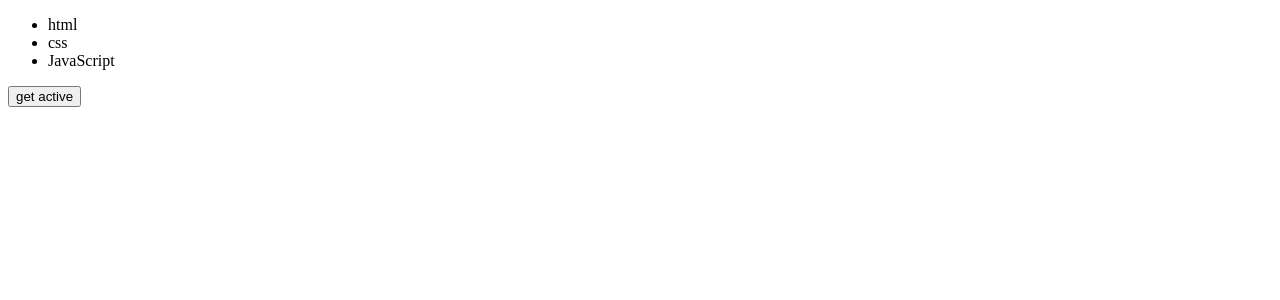
Repository: letzbegin/Study
Page: http://localhost/Javascript/DOM/Element/Ex_00.jsp
The author's editor kept a copy of each file at every save. The page is drawn from the files as they stood at one save, then again after the next save.
The browser window is 1280 px wide. The pictures show the whole page.
The page is served by Tomcat 9.

Above is the page before, as saved 2018-09-16 12:26:31.

After the next save:
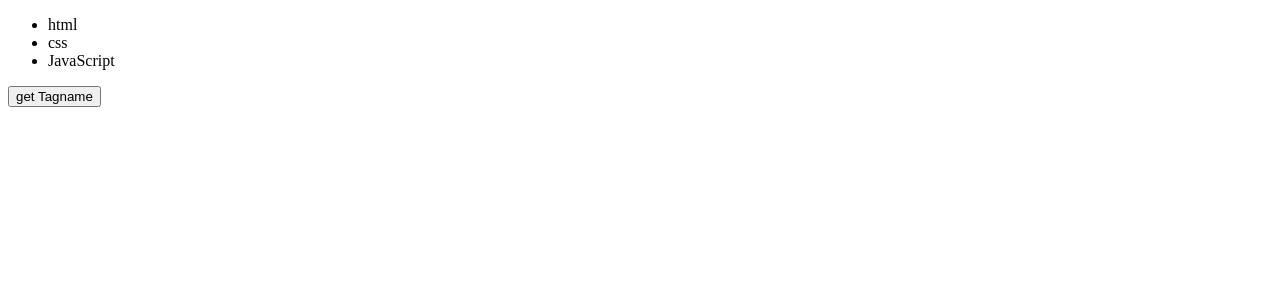
Saved 14 s later.
--- a/web_javascript/Javascript/WebContent/DOM/Element/Ex_00.jsp
+++ b/web_javascript/Javascript/WebContent/DOM/Element/Ex_00.jsp
@@ -12,7 +12,7 @@
     <li>css</li>
     <li id="active" class="important current">JavaScript</li>
 </ul>
-<input type="button" value="get active" onclick="getTagname()">
+<input type="button" value="get Tagname" onclick="getact()">
 <script>
 /**
  Element
